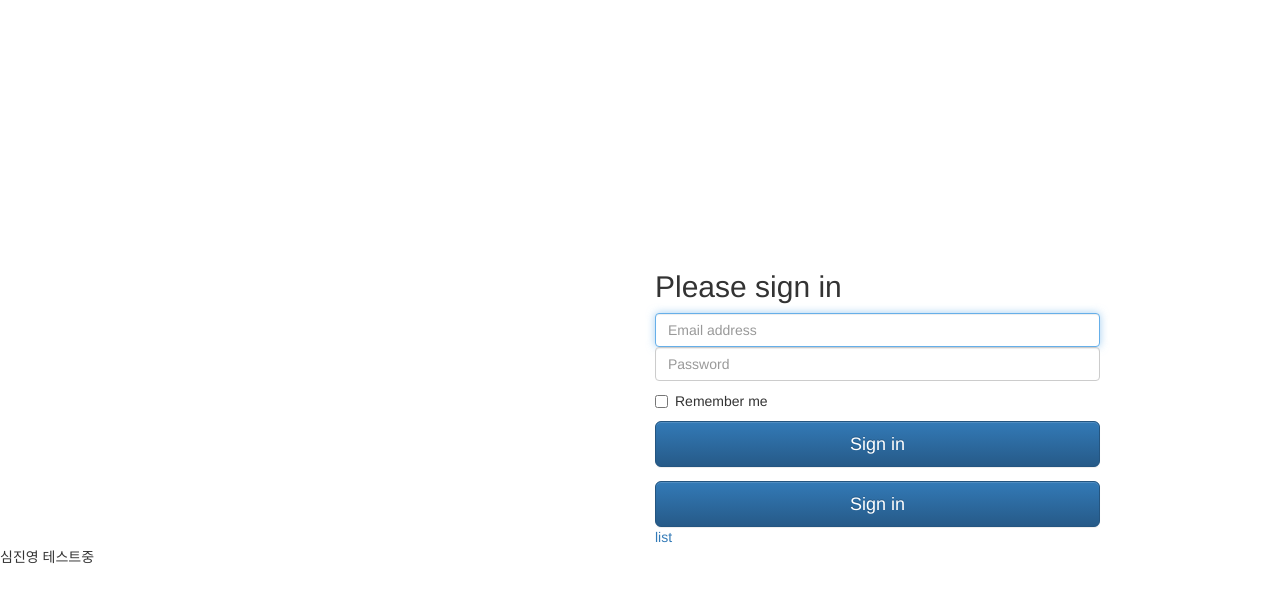
Repository: hrhwbp/Acorn-Final-Project
Page: http://localhost/final_project/index.jsp
An editor plug-in stored every save of this project. The page is shown before and after the next save, followed by the edit.
The browser window is 1280 px wide. The pictures show the whole page.
Some web libraries are served in a nearby version. The page is served by Tomcat 9. Nobody is signed in. The application's start-up code is not run. Other server files are loaded and not shown.

Above is the page before, as saved 2016-10-26 03:25:36.

### final_project/src/main/webapp/index.jsp
<%@ page language="java" contentType="text/html; charset=UTF-8"
	pageEncoding="UTF-8"%>
<!DOCTYPE html">
<html>
<head>
<meta http-equiv="Content-Type" content="text/html; charset=UTF-8">
<title>Insert title here</title>
<!-- 합쳐지고 최소화된 최신 CSS -->
<link rel="stylesheet"
	href="https://maxcdn.bootstrapcdn.com/bootstrap/3.3.2/css/bootstrap.min.css">
<!-- 부가적인 테마 -->
<link rel="stylesheet"
	href="https://maxcdn.bootstrapcdn.com/bootstrap/3.3.2/css/bootstrap-theme.min.css">
<!-- 합쳐지고 최소화된 최신 자바스크립트 -->
<script
	src="https://ajax.googleapis.com/ajax/libs/jquery/3.1.1/jquery.min.js"></script>
<script
	src="https://maxcdn.bootstrapcdn.com/bootstrap/3.3.2/js/bootstrap.min.js"></script>
</head>
<body>
<div class="container" style="padding-top: 250px">
	<div class="container col-md-5 col-md-offset-1">

	</div>
	<div class="container col-md-5">
		<form class="form-signin">
			<h2 class="form-signin-heading">Please sign in</h2>
			<label for="inputEmail" class="sr-only">Email address</label> <input
				type="email" id="inputEmail" class="form-control"
				placeholder="Email address" required autofocus> <label
				for="inputPassword" class="sr-only">Password</label> <input
				type="password" id="inputPassword" class="form-control"
				placeholder="Password" required>
			<div class="checkbox">
				<label> <input type="checkbox" value="remember-me">
					Remember me
				</label>
			</div>
			<button class="btn btn-lg btn-primary btn-block" type="submit">Sign
				in</button>
		</form>
		<button class="btn btn-lg btn-primary btn-block" type="button">Sign
				in</button>
		<a href="list">list</a>
	</div>
</div>
<div>심진영 테스트중</div>
</body>
</html>

After the next save:
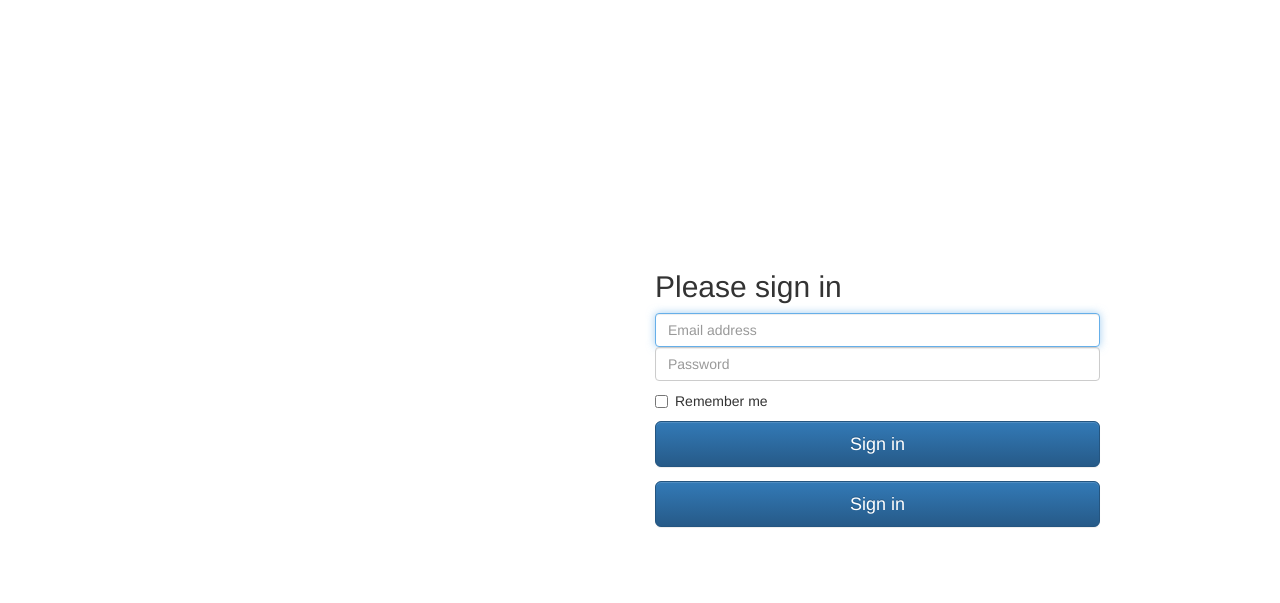
Saved 13 s later.
--- a/final_project/src/main/webapp/index.jsp
+++ b/final_project/src/main/webapp/index.jsp
@@ -41,9 +41,7 @@
 		</form>
 		<button class="btn btn-lg btn-primary btn-block" type="button">Sign
 				in</button>
-		<a href="list">list</a>
 	</div>
 </div>
-<div>심진영 테스트중</div>
 </body>
 </html>
